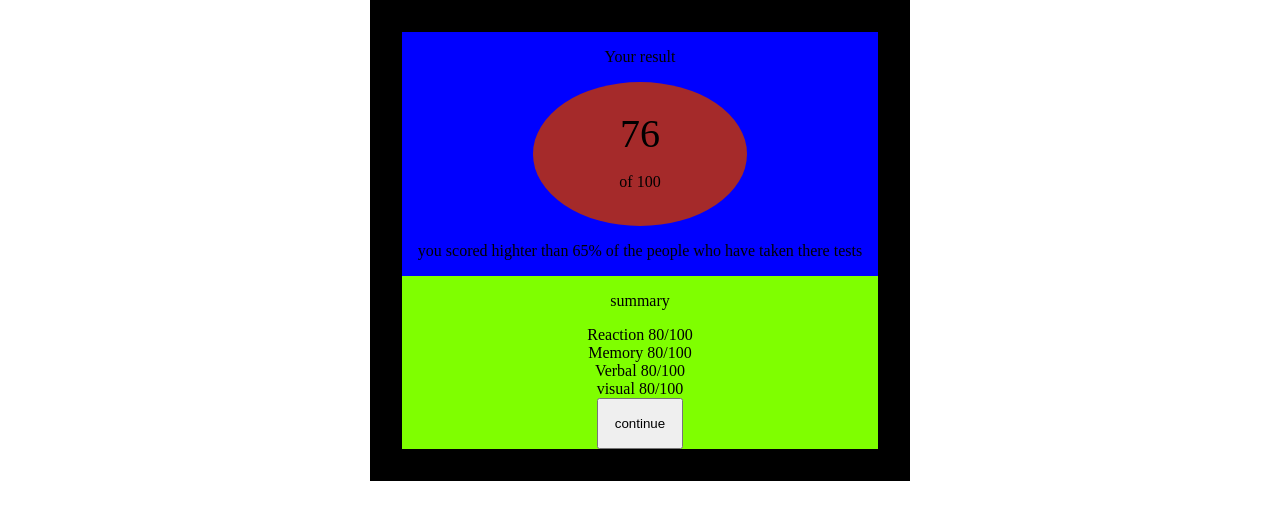
Repository: rahanwz/Card2-raha
Page: card2.html
An editor plug-in stored every save of this project. The page is shown before and after a run of saves, followed by the edit.
The browser window is 1280 px wide. The pictures show the whole page.

Above is the page before, as saved 2024-02-19 23:41:18.

After the next 2 saves:
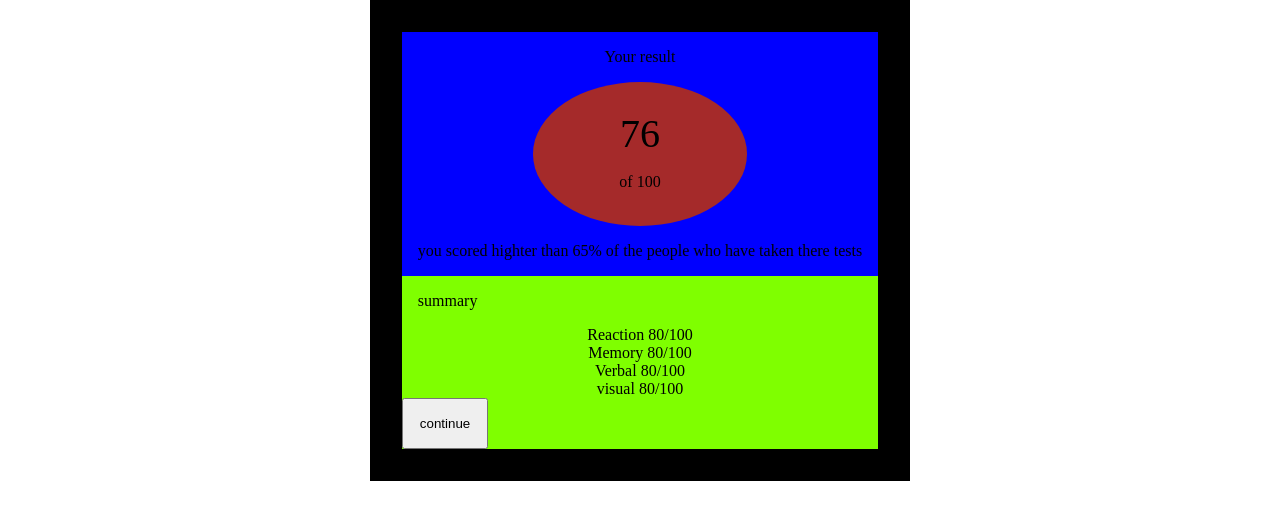
The 2 saves are shown as one change because they came seconds apart.
The last was saved 10 s later.
--- a/card2.css
+++ b/card2.css
@@ -45,7 +45,7 @@ body {
 
 .bottom_card :first-child {
   padding: 1rem;
-  flex: ;
+  display: flex;
 }
 
 .bottom_card {
